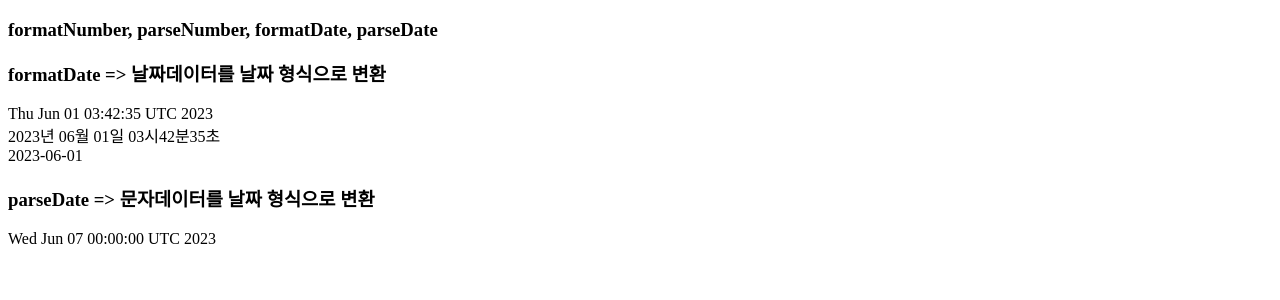
Repository: sun2898/JSP
Page: http://localhost/JSPBasic/JSTL/jstl_fmt.jsp
The author's editor kept a copy of each file at every save. The page is drawn from the files as they stood at one save, then again after the next save.
The browser window is 1280 px wide. The pictures show the whole page.
The page is served by Tomcat 9. Other server files are loaded and not shown.

Above is the page before, as saved 2023-06-07 06:26:27.

### JSPBasic/src/main/webapp/JSTL/jstl_fmt.jsp
<%@page import="java.util.Date"%>
<%@ page language="java" contentType="text/html; charset=UTF-8"
    pageEncoding="UTF-8"%>
<%@ taglib prefix="fmt" uri="http://java.sun.com/jsp/jstl/fmt" %>
<%@ taglib prefix="c" uri="http://java.sun.com/jsp/jstl/core" %>
<!DOCTYPE html>
<html>
<head>
<meta charset="UTF-8">
<title>Insert title here</title>
</head>
<body>

	<%--
	 fmt는 형변환을 다루는 기능을 가지고 있다.

	 Integer.parseInt() : String > int
	 parse -> 다른타입으로 형 변환
	 format -> 같은타입의 형태를 변환

	 날짜형태를 변환하는 것을 좀 더 주의깊게 공부할 것!
	 --%>

	<h3>formatNumber, parseNumber, formatDate, parseDate</h3>

	<h3>formatDate => 날짜데이터를 날짜 형식으로 변환</h3>

	<c:set var="a" value="<%=new Date() %>"/>

	${a } <!-- Wed Jun 07 15:19:02 KST 2023 -->
	<br>
	<fmt:formatDate var="a01" value="${a }" pattern="yyyy년 MM월 dd일 HH시mm분ss초"/>
	<fmt:formatDate var="a02" value="${a }" pattern="yyyy-MM-dd"/>
	${a01 }<br>
	${a02 }<br>

	<h3>parseDate => 문자데이터를 날짜 형식으로 변환</h3>

	<c:set var="b" value="2023-06-07"></c:set>
	<fmt:parseDate value="${b }" pattern="yyyy-MM-dd"/>









</body>
</html>

After the next save:
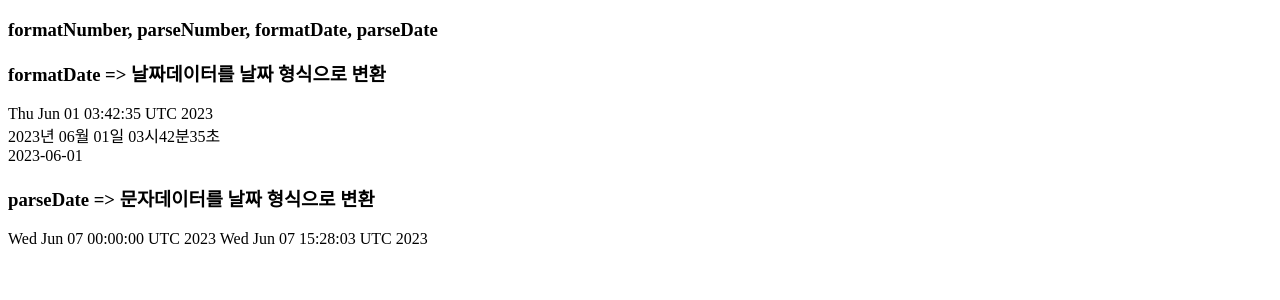
Saved 2 min 22 s later.
--- a/JSPBasic/src/main/webapp/JSTL/jstl_fmt.jsp
+++ b/JSPBasic/src/main/webapp/JSTL/jstl_fmt.jsp
@@ -36,8 +36,9 @@
 
 	<h3>parseDate => 문자데이터를 날짜 형식으로 변환</h3>
 
-	<c:set var="b" value="2023-06-07"></c:set>
-	<fmt:parseDate value="${b }" pattern="yyyy-MM-dd"/>
+	<fmt:parseDate value="2023-06-07" pattern="yyyy-MM-dd"/>
+	<fmt:parseDate value="2023년06월07일 15시28분03초" pattern="yyyy년MM월dd일 HH시mm분ss초"/>
+
 
 
 
